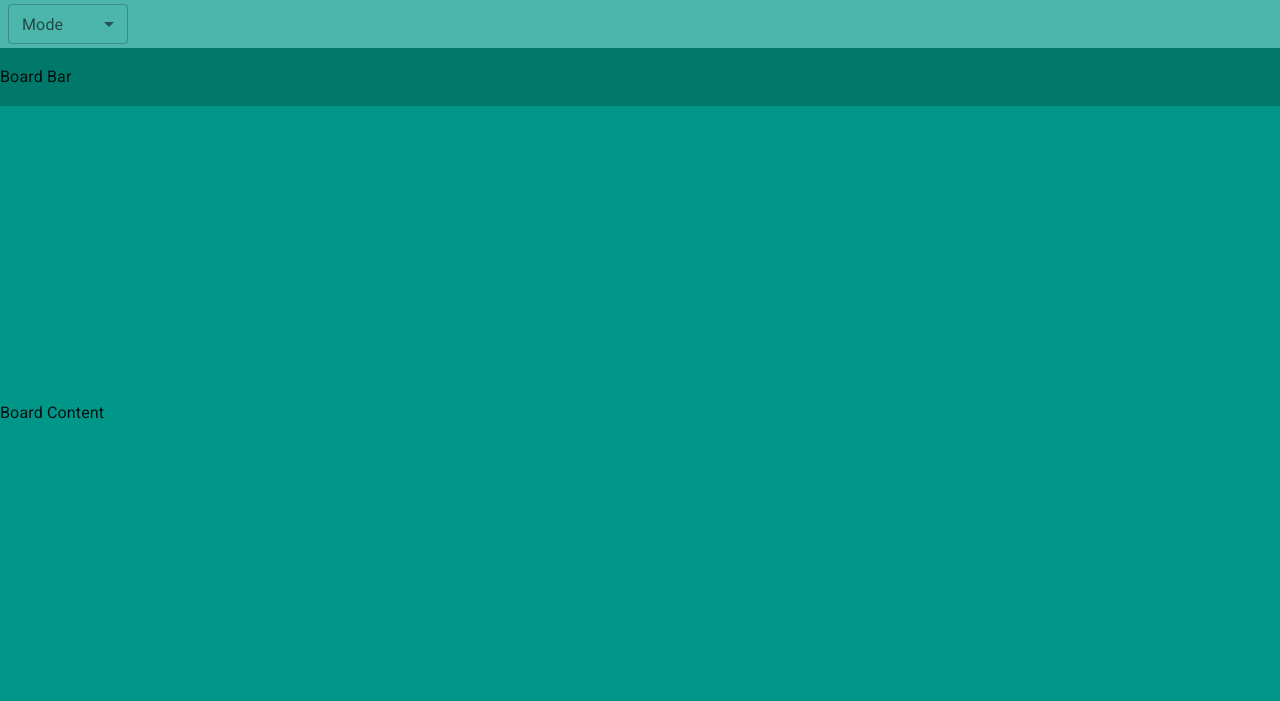
Repository: VoPhamKhanhTruong/trello-web
Page: /
These files come from the project's save history. The page is drawn as it stood at one moment and after the next save; the edit follows.
The browser window is 1280 px wide. The pictures show the whole page.
The project was rebuilt for these pictures with package versions that can differ from the ones it lists, and the page was loaded fresh each time. Also part of the build but not shown: vite.config.js.

Above is the page before, as saved 2024-08-07 18:56:19.

### index.html
<!DOCTYPE html>
<html lang="en">
  <head>
    <meta charset="UTF-8" />
    <link rel="icon" type="image/svg+xml" href="/vite.svg" />
    <meta name="viewport" content="width=device-width, initial-scale=1.0" />
    <title>Trello MERN STACK PRO</title>
    <link rel="preconnect" href="https://fonts.googleapis.com" />
    <link rel="preconnect" href="https://fonts.gstatic.com" crossorigin />
    <link
      rel="stylesheet"
      href="https://fonts.googleapis.com/css2?family=Roboto:wght@300;400;500;700&display=swap"
    />
  </head>
  <body>
    <div id="root"></div>
    <script type="module" src="/src/main.jsx"></script>
  </body>
</html>

### src/main.jsx
import ReactDOM from 'react-dom/client'
import App from './App.jsx'
import CssBaseline from '@mui/material/CssBaseline'
import { Experimental_CssVarsProvider as CssVarsProvider } from '@mui/material/styles'
import theme from './theme'

ReactDOM.createRoot(document.getElementById('root')).render(
  <>
    <CssVarsProvider theme={theme}>
      <CssBaseline />
      <App />
    </CssVarsProvider>
  </>
)

### src/App.jsx
import Board from './pages/Boards/_id'

function App() {
  return (
    <>
      {/* React Router Dom /boards /boards/{board_id} */}
      <Board />
    </>
  )
}

export default App

### src/theme.js
import { cyan, deepOrange, orange, teal } from '@mui/material/colors'
import { experimental_extendTheme as extendTheme } from '@mui/material/styles'

// Create a theme instance.
const theme = extendTheme({
  trello: {
    appBarHeight: '48px',
    boardBarHeight: '58px'
  },
  colorSchemes: {
    light: {
      palette: {
        primary: teal,
        secondary: deepOrange
      }
    },
    dark: {
      palette: {
        primary: cyan,
        secondary: orange
      }
    }
  }
})

export default theme

### src/pages/Boards/_id.jsx
//Board Details
import Container from '@mui/material/Container'
import Box from '@mui/material/Box'
import ModeSelect from '../../components/ModeSelect'
import AppBar from '../../components/AppBar/index'

function Board() {
  return (
    <Container disableGutters maxWidth={false} sx={{ height: '100vh' }}>
      <AppBar />
      <Box sx={{
        backgroundColor: 'primary.dark',
        width: '100%',
        height: (theme) => theme.trello.boardBarHeight,
        display: 'flex',
        alignItems: 'center'
      }}>
        Board Bar
      </Box>
      <Box sx={{
        backgroundColor: 'primary.main',
        width: '100%',
        height: (theme) => `calc(100vh - ${theme.trello.appBarHeight} - ${theme.trello.boardBarHeight})`,
        display: 'flex',
        alignItems: 'center'
      }}>
        Board Content
      </Box>
    </Container>
  )
}

export default Board

### src/components/ModeSelect/index.jsx

import {
  useColorScheme
} from '@mui/material/styles'
import InputLabel from '@mui/material/InputLabel'
import MenuItem from '@mui/material/MenuItem'
import FormControl from '@mui/material/FormControl'
import Select from '@mui/material/Select'
import LightModeIcon from '@mui/icons-material/LightMode'
import DarkModeOutlinedIcon from '@mui/icons-material/DarkModeOutlined'
import SettingsBrightnessIcon from '@mui/icons-material/SettingsBrightness'
import Box from '@mui/material/Box'
import Container from '@mui/material/Container'

function ModeSelect() {
  const { mode, setMode } = useColorScheme()
  const handleChange = (event) => {
    const selectedMode = event.target.value
    setMode(selectedMode)
    // setAge(event.target.value)
  }

  return (
    <FormControl sx={{ m: 1, minWidth: 120 }} size="small">
      <InputLabel id="label-select-dark-light-mode">Mode</InputLabel>
      <Select
        labelId="label-select-dark-light-mode"
        id="select-dark-light-mode"
        value={mode}
        label="Mode"
        onChange={handleChange}
      >
        <MenuItem value="light">
          <Box sx={{ display: 'flex', alignItems: 'center', gap: 1 }}>
            <LightModeIcon fontSize="small"/> Light
          </Box>
        </MenuItem>
        <MenuItem value="dark">
          <Box sx={{ display: 'flex', alignItems: 'center', gap: 1 }}>
            <DarkModeOutlinedIcon fontSize="small" /> Dark
          </Box>
        </MenuItem>
        <MenuItem value="system">
          <Box sx={{ display: 'flex', alignItems: 'center', gap: 1 }}>
            <SettingsBrightnessIcon fontSize="small" /> System
          </Box>
        </MenuItem>
      </Select>
    </FormControl>
  )
}

export default ModeSelect

### src/components/AppBar/index.jsx
import Box from '@mui/material/Box'
import ModeSelect from '../../components/ModeSelect'

function AppBar() {
  return (
    <Box sx={{
      backgroundColor: 'primary.light',
      width: '100%',
      height: (theme) => theme.trello.appBarHeight,
      display: 'flex',
      alignItems: 'center'
    }}>
      <ModeSelect />
    </Box>
  )
}

export default AppBar

After the next save:
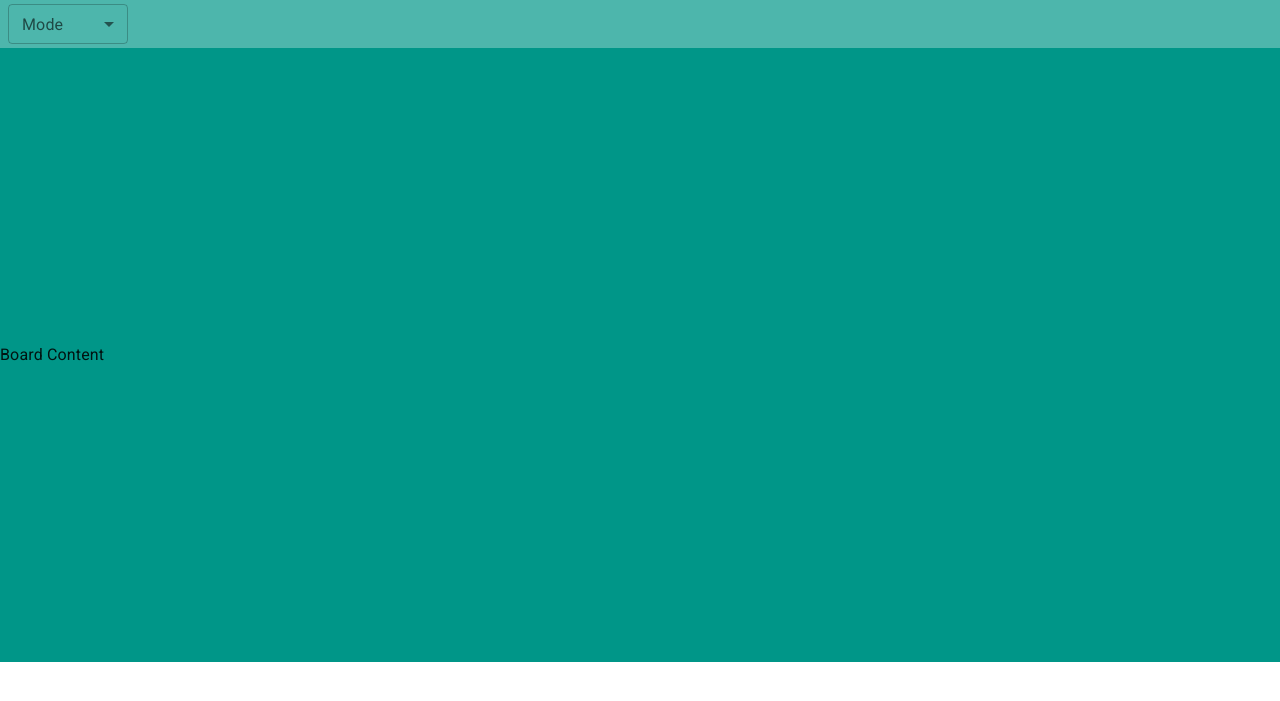
Saved 19 s later.
--- a/src/pages/Boards/_id.jsx
+++ b/src/pages/Boards/_id.jsx
@@ -8,15 +8,6 @@ function Board() {
   return (
     <Container disableGutters maxWidth={false} sx={{ height: '100vh' }}>
       <AppBar />
-      <Box sx={{
-        backgroundColor: 'primary.dark',
-        width: '100%',
-        height: (theme) => theme.trello.boardBarHeight,
-        display: 'flex',
-        alignItems: 'center'
-      }}>
-        Board Bar
-      </Box>
       <Box sx={{
         backgroundColor: 'primary.main',
         width: '100%',
